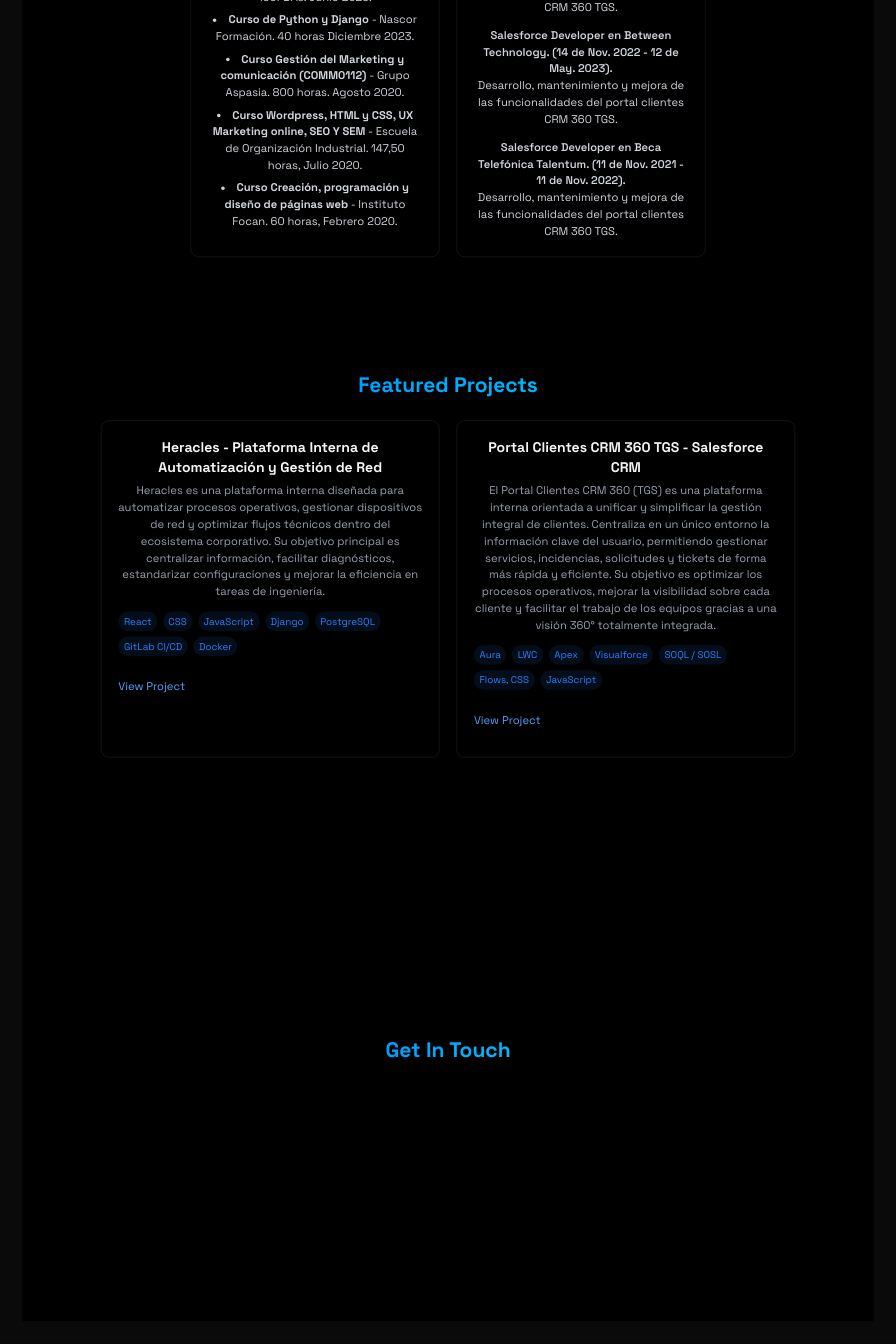
Repository: Bea0224/beatriz-portfolio
Page: /
These files come from the project's save history. The page is drawn as it stood at one moment and after the next save; the edit follows.
The browser window is 1280 px wide. The pictures show the part of the page from y = 1708 to 3628 px (the page is 3628 px tall), at 70% of full size.
The project was rebuilt for these pictures with package versions that can differ from the ones it lists, and the page was loaded fresh each time. Also part of the build but not shown: vite.config.js.

Above is the page before, as saved 2025-12-08 19:18:51.

### index.html
<!doctype html>
<html lang="en">
  <head>
    <meta charset="UTF-8" />
    <link rel="icon" type="image/svg+xml" href="/vite.svg" />
    <link rel="preconnect" href="https://fonts.googleapis.com">
    <link rel="preconnect" href="https://fonts.gstatic.com" crossorigin>
    <link
      href="https://fonts.googleapis.com/css2?family=Space+Grotesk:wght@300..700&display=swap"
      rel="stylesheet"
    />
    <meta name="viewport" content="width=device-width, initial-scale=1.0" />
    <title>Vite + React</title>
  </head>
  <body>
    <div id="root"></div>
    <script type="module" src="/src/main.jsx"></script>
  </body>
</html>

### src/index.css
@import "tailwindcss";

html,
body {
  margin: 0;
  padding: 0;
  font-family: "Space Grotesk", sans-serif;
  background: #0a0a0a;
  color: #f3f4f6;
}

@layer utilities {
  @keyframes blink {
    0%,
    100% {
      opacity: 1;
    }
    50% {
      opacity: 0;
    }
  }

  .animate-blink {
    animation: blink 0.8s step-end infinite;
  }

  @keyframes loading {
    0% {
      transform: translateX(-100%);
    }
    100% {
      transform: translateX(250%);
    }
  }

  .animate-loading-bar {
    animation: loading 0.8s ease infinite;
  }
}

.reveal {
  opacity: 0;
  transform: translateY(20px);
  transition: opacity 0.7s ease, transform 0.7s ease;
}

.reveal.visible {
  opacity: 1;
  transform: translateY(0);
}

### src/App.jsx
import { useState } from 'react';
import './App.css'
import {LoadingScreen} from "./components/LoadingScreem";
import { Navbar } from './components/Navbar';
import { MobileMenu } from './components/MobileMenu';
import { Home } from './components/sections/Home';
import { About } from './components/sections/About';
import { Projects } from './components/sections/Projects';
import { Contact } from './components/sections/Contact';

import "./index.css"

function App() {
  const [isLoaded, setIsLoaded] = useState(false)
  const [menuOpen, setMenuOpen] = useState(false)

  return (
    <>
      {!isLoaded && <LoadingScreen onComplete={()=>setIsLoaded(true)} />}{" "}
        <div className={`min-h-screen transition-opacity duration-700 ${
          isLoaded ? "opacity-100" : "opacity-0"
        } bg-black text-gray-100`}
        >
          <Navbar menuOpen={menuOpen} setMenuOpen={setMenuOpen} />
          <MobileMenu menuOpen={menuOpen} setMenuOpen={setMenuOpen} />
          <Home />
          <About />
          <Projects />
          <Contact />
        </div>
    </>
  )
}

export default App

### src/components/LoadingScreem.jsx
import { useEffect, useState } from "react";

export const LoadingScreen = ({ onComplete }) => {
  const [text, setText] = useState("");
  const fullText = "<Hello Wolrd! />";

  useEffect(() => {
    let index = 0;
    const interval = setInterval(() => {
      setText(fullText.substring(0, index));
      index++;

      if (index > fullText.length) {
        clearInterval(interval);

        setTimeout(() => {
          onComplete();
        }, 1000);
      }
    }, 100);

    return () => clearInterval(interval);
  }, [onComplete]);

  return (
    <div className="fixed inset-0 z-50 bg-black text-gray-100 flex flex-col items-center justify-center">
      <div className="mb-4 text-4xl font-mono font-bold">
        {text} <span className="animate-blink ml-1"> | </span>
      </div>

      <div className="w-[200px] h-[2px] bg-gray-800 rounded relative overflow-hidden">
        <div className="w-[40%] h-full bg-blue-500 shadow-[0_0_15px_#3b82f6] animate-loading-bar"></div>
      </div>
    </div>
  );
};

### src/components/Navbar.jsx
import { useEffect } from "react"

export const Navbar = ({menuOpen, setMenuOpen}) => {

    useEffect(() => {
        document.body.style.overflow = menuOpen ? "hidden" : "";
    }, [menuOpen])

    return (
    <nav className="fixed top-0 w-full z-40 bg-[rgba(10, 10, 10, 0.8)] backdrop-blur-lg border-b border-white/10 shadow-lg">
        <div className="max-w-5xl mx-auto px-4">
            <div className="flex justify-between items-center h-16">
                <a href="#home" className="font-mono text-xl font-bold text-white">
                    {" "}
                    Beatriz<span className="text-blue-500">.Mujica</span>{" "}
                </a>
                <div className="w-7 h-5 relative cursor-pointer z-40 md:hidden" onClick={()=> setMenuOpen((prev => !prev))}>
                    &#9776;
                </div>
                <div className="hidden md:flex items-center space-x-8">
                    <a
                        href="#home"
                        className="text-gray-300 hove:text-white transition-colors"
                    >
                        {" "}
                        Home{" "}
                    </a>
                    <a
                        href="#about"
                        className="text-gray-300 hove:text-white transition-colors"
                    >
                        {" "}
                        About{" "}
                    </a>
                    <a
                        href="#projects"
                        className="text-gray-300 hove:text-white transition-colors"
                    >
                        {" "}
                        Projects{" "}
                    </a>
                    <a
                        href="#contact"
                        className="text-gray-300 hove:text-white transition-colors"
                    >
                        {" "}
                        Contact{" "}
                    </a>
                </div>
            </div>
        </div>
    </nav>
    )
}

### src/components/MobileMenu.jsx
export const MobileMenu = ({menuOpen, setMenuOpen}) => {


    return (
        <div className={`fixed top-0 left-0 w-full bg-[rgba(10,10,10,0.8)] z-40 flex flex-col items-center justify-center
                         transition-all duration-300 ease-in-out
                         ${menuOpen
                            ? "h-screen opacity-100 pointer-events-auto"
                            : "h-0 opacity-0 pointer-events-none"
                         }
                        `}
        >
            <button
                onClick={() => setMenuOpen(false)}
                className="absolute top-6 right-6 text-white text-3xl focus:outline-none cursor-pointer"
                aria-label="Close Menu"
                >
                &times;
            </button>

            <a
                href="#home"
                onClick={() => setMenuOpen(false)}
                className={`text-2xl font-semibold text-white my-4 tranform transition-transform duration-300
                            ${
                                menuOpen
                                    ? "opacity-100 translate-y-0"
                                    : "opacity-0 translate-y-5"
                            }
                    `}
            >
                Home
            </a>
            <a
                href="#about"
                onClick={() => setMenuOpen(false)}
                className={`text-2xl font-semibold text-white my-4 tranform transition-transform duration-300
                            ${
                                menuOpen
                                    ? "opacity-100 translate-y-0"
                                    : "opacity-0 translate-y-5"
                            }
                    `}
            >
                About
            </a>
            <a
                href="#projects"
                onClick={() => setMenuOpen(false)}
                className={`text-2xl font-semibold text-white my-4 tranform transition-transform duration-300
                            ${
                                menuOpen
                                    ? "opacity-100 translate-y-0"
                                    : "opacity-0 translate-y-5"
                            }
                    `}
            >
                Projects
            </a>
            <a
                href="contact"
                onClick={() => setMenuOpen(false)}
                className={`text-2xl font-semibold text-white my-4 tranform transition-transform duration-300
                            ${
                                menuOpen
                                    ? "opacity-100 translate-y-0"
                                    : "opacity-0 translate-y-5"
                            }
                    `}
            >
                Contact
            </a>
        </div>
    );
}

### src/components/sections/Home.jsx
import { RevealOnScroll } from "./RevealOnScroll"

export const Home = () => {
    return (
        <section
            id="home"
            className="min-h-screen flex items-center justify-center relative">
                <RevealOnScroll>
                    <div className="text-center z-10 px-4">
                        <h1 className="text-5xl md:text-7xl font-bold mb-6 bg-gradient-to-r from-blue-500 to-cyan-400 bg-clip-text text-transparent leading-right">
                            Hola, me llamo Beatriz
                        </h1>
                        <p className="text-gray-400 text-lg mb-8 w-3/4 mx-auto">
                            ¡Hola! Soy desarrolladora web Frontend, y me especializo en crear aplicaciones limpias y escalables con JavaScript, React, HTML y CSS. Mi pasión es que no solo rindan de maravilla, sino que también ofrezcan una experiencia de usuario (UX) realmente cautivadora.
                            Mi formación en Ingeniería de Diseño Industrial me aporta una visión muy particular: me encanta fusionar la estética y la funcionalidad en cada proyecto.
                            He tenido la oportunidad de trabajar en proyectos importantes para Telefónica (incluyendo desarrollos en la plataforma Salesforce), y además, cuento con buenos conocimientos en backend con Python (Django) y familiaridad con herramientas como Docker.
                        </p>
                        <div className="flex justify-center space-x-4">
                            <a href="#projects" className="bg-blue-500 text-white py-3 px-6 rounded font-medium transition relative overflow-hidden hover:-translate-y-0.5 hover:shadow-[0_0_15px_rgba(59, 130, 246, 0.4)]">
                                Ver proyectos
                            </a>
                            <a href="#contact" className="border border-blue-500/50 text-blue-500 py-3 px-6 rounded font-medium transition-all duration-200 hover:shadow-[0_0_15px_rgba(59, 130, 246, 0.2)] hover:bg-blue-500/10">
                                Contáctame
                            </a>
                        </div>
                    </div>
                </RevealOnScroll>
        </section>
    )
}

### src/components/sections/Projects.jsx
import { RevealOnScroll } from "./RevealOnScroll"

export const Projects = () => {
    return(
        <section
            id="projects"
            className="min-h-screen flex items-center justify-center py-20"
        >
            <RevealOnScroll>
                <div className="max-w-5xl mx-auto px-4">
                    <h2 className="text-3xl font-bold mb-8 bg-gradient-to-r from-blue-500 to-cyan-400 bg-clip-text text-transparent text-center">
                        {" "}
                        Featured Projects
                    </h2>
                    <div className="grid grid-cols-1 md:grid-cols-2 gap-6">
                        <div className="p-6 rounded-xl border border-white/10 hover:-translate-y-l hover:border-blue-500/30 hover:shadow-[0_2px_8px_rgba(59,130,246,0.1)] transition-all">
                            <h3 className="text-xl font-bold mb-2"> Heracles - Plataforma Interna de Automatización y Gestión de Red</h3>
                            <p className="text-gray-400 mb-4">
                                Heracles es una plataforma interna diseñada para automatizar procesos operativos,
                                gestionar dispositivos de red y optimizar flujos técnicos dentro del ecosistema corporativo.
                                Su objetivo principal es centralizar información, facilitar diagnósticos, estandarizar configuraciones y
                                mejorar la eficiencia en tareas de ingeniería.

                                {/* <ul className="list-disc list-inside text-gray-300 space-y-2">
                                    En este proyecto trabajé con un ecosistema técnico moderno:
                                    <li>
                                        <strong>Frontend:</strong> React, HTML, CSS, JavaScript
                                    </li>
                                    <li>
                                        <strong>Backend:</strong> Django (Python)
                                    </li>
                                    <li>
                                        <strong>Base de datos:</strong> PostgreSQL
                                    </li>
                                    <li>
                                        <strong>Integración y despliegue:</strong> GitLab CI/CD y Docker
                                    </li>
                                    <li>
                                        <strong>Otros elementos del entorno:</strong> Integraciones internas propias de la compañía y herramientas de automatización.
                                    </li>

                                </ul> */}
                            </p>
                            <div className="flex flex-wrap gap-2 mb-4">
                                {["React", "CSS", "JavaScript", "Django", "PostgreSQL", "GitLab CI/CD", "Docker"].map((tech, key)=>(
                                    <span
                                        key={key}
                                        className="bg-blue-500/10 text-blue-500 py-1 px-2 rounded-full text-sm hover:bg-blue-500/20
                                        hover:shadow-[0_2px_8px_rgba(59,130,2246,0.2)] transition">
                                        {tech}
                                    </span>
                                ))}
                            </div>
                            <div className="flex justify-between items-center">
                                <a href="#" className="text-blue-400 hover:text-blue-300 transition-colors my-4">
                                    View Project {" "}
                                </a>
                            </div>
                        </div>
                        <div className="p-6 rounded-xl border border-white/10 hover:-translate-y-l hover:border-blue-500/30 hover:shadow-[0_2px_8px_rgba(59,130,246,0.1)] transition-all">
                            <h3 className="text-xl font-bold mb-2"> Portal Clientes CRM 360 TGS - Salesforce CRM</h3>
                            <p className="text-gray-400 mb-4">
                                El Portal Clientes CRM 360 (TGS) es una plataforma interna orientada a unificar y simplificar la gestión integral de clientes.
                                Centraliza en un único entorno la información clave del usuario, permitiendo gestionar servicios, incidencias, solicitudes y tickets de forma más rápida y eficiente.
                                Su objetivo es optimizar los procesos operativos, mejorar la visibilidad sobre cada cliente y facilitar el trabajo de los equipos gracias a una visión 360° totalmente integrada.
                            </p>
                            <div className="flex flex-wrap gap-2 mb-4">
                                {["Aura", "LWC", "Apex", "Visualforce", "SOQL / SOSL", "Flows, CSS", "JavaScript"].map((tech, key)=>(
                                    <span
                                        key={key}
                                        className="bg-blue-500/10 text-blue-500 py-1 px-2 rounded-full text-sm hover:bg-blue-500/20
                                        hover:shadow-[0_2px_8px_rgba(59,130,2246,0.2)] transition">
                                        {tech}
                                    </span>
                                ))}
                            </div>
                            <div className="flex justify-between items-center">
                                <a href="#" className="text-blue-400 hover:text-blue-300 transition-colors my-4">
                                    View Project {" "}
                                </a>
                            </div>
                        </div>
                    </div>
                </div>
            </RevealOnScroll>
        </section>
    )
}

### src/components/sections/Contact.jsx
import { RevealOnScroll } from "./RevealOnScroll"

export const Contact = () => {
    return(
        <section
            id="contact"
            className="min-h-screen flex items-center justify-center py-20"
        >
            <RevealOnScroll>
                <div className="px-4 w-150">
                    <h2 className="text-3xl font-bold mb-8 bg-gradient-to-r from-blue-500 to-cyan-400 bg-clip-text text-transparent text-center">
                        {" "}
                        Get In Touch
                    </h2>
                    <form className="space-y-6">
                        <div className="relative">
                            <input type="text" id="name" name="name" required className="w-full px"/>
                        </div>
                    </form>
                </div>
            </RevealOnScroll>
        </section>
    )
}

### src/components/sections/RevealOnScroll.jsx
import { useRef, useEffect} from "react";

export const RevealOnScroll = ({children}) => {

    const ref = useRef(null);

    useEffect(() => {
        const observer = new IntersectionObserver(
            ([entry]) => {
                if(entry.isIntersecting) {
                    ref.current.classList.add("visible");
                }
            },
            { threshold: 0.2, rootMargin: "0px 0px -50px 0px" }
        );

        if (ref.current) observer.observe(ref.current);

        return () => observer.disconnect();

    },[]);

    return(
        <div ref={ref} className="reveal">
            {children}
        </div>
    )

}

Loaded but not shown: src/main.jsx (common file); src/App.css (common file); src/components/sections/About.jsx (174 lines, source omitted)

After the next save:
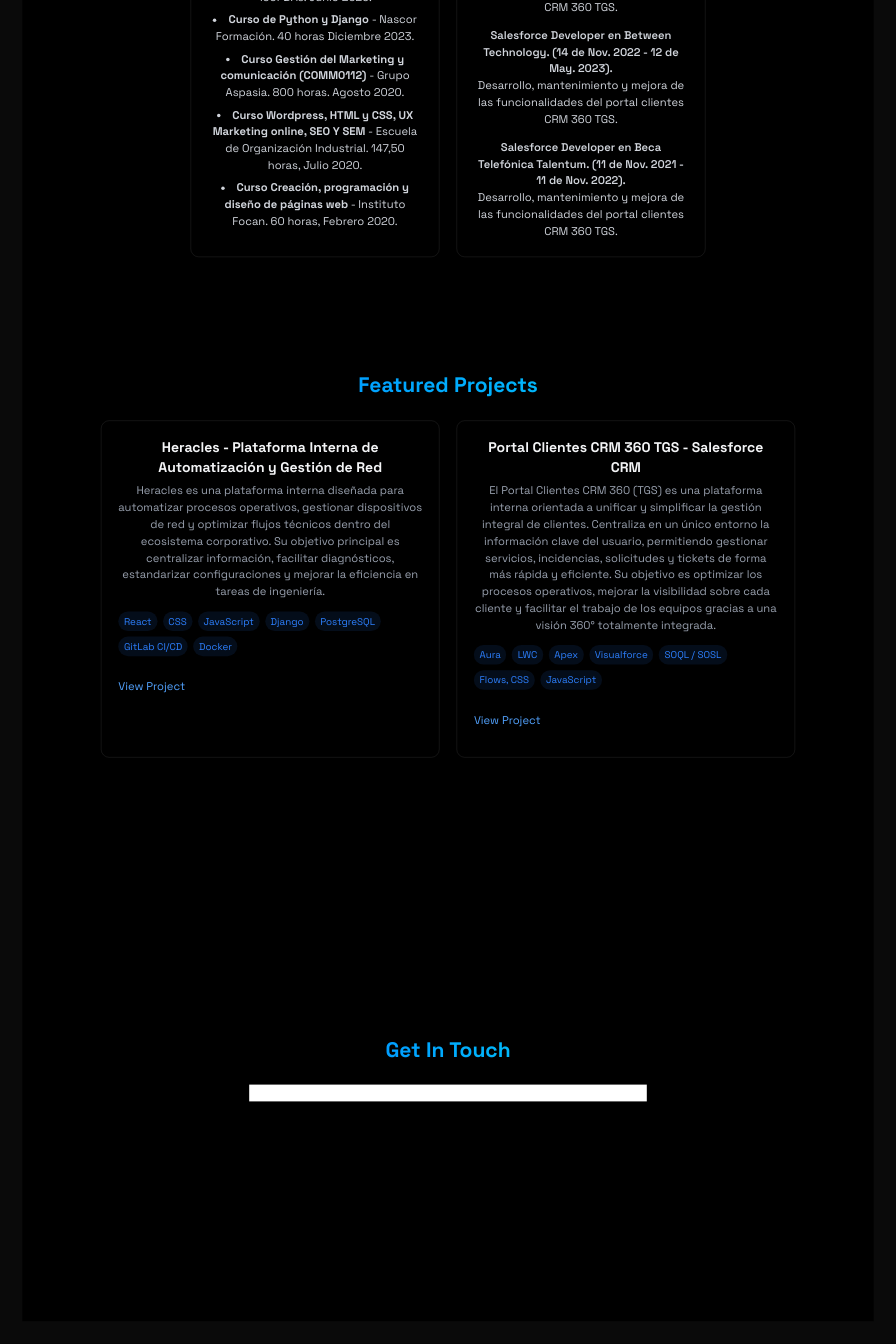
Saved 13 s later.
--- a/src/components/sections/Contact.jsx
+++ b/src/components/sections/Contact.jsx
@@ -14,7 +14,7 @@ export const Contact = () => {
                     </h2>
                     <form className="space-y-6">
                         <div className="relative">
-                            <input type="text" id="name" name="name" required className="w-full px"/>
+                            <input type="text" id="name" name="name" required className="w-full bg-white"/>
                         </div>
                     </form>
                 </div>
